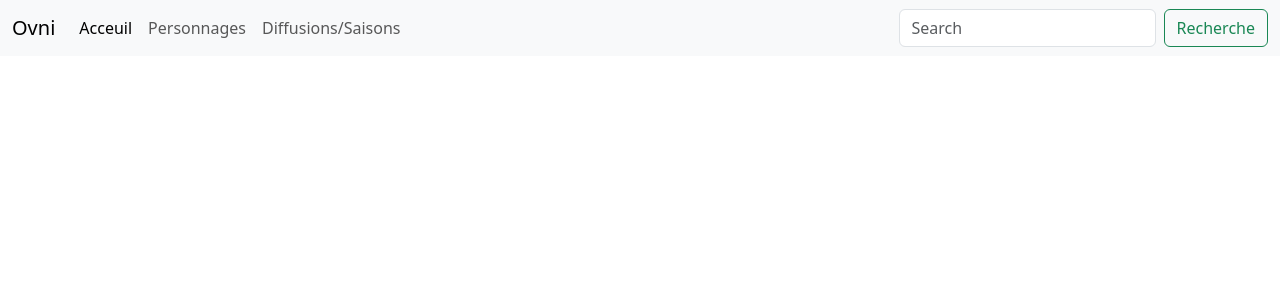
Repository: Timazoy/Site_ovni_tp
Page: index.html
These files come from the project's save history. The page is drawn as it stood at one moment and after the next save; the edit follows.
The browser window is 1280 px wide. The pictures show the whole page.

Above is the page before, as saved 2025-12-15 08:37:21.

### index.html
<!doctype html>
<html lang="fr">

<head>
    <meta charset="utf-8">
    <meta name="viewport" content="width=device-width, initial-scale=1">
    <title>Acceuil</title>
    <link href="https://cdn.jsdelivr.net/npm/bootstrap@5.3.8/dist/css/bootstrap.min.css" rel="stylesheet"
        integrity="sha384-sRIl4kxILFvY47J16cr9ZwB07vP4J8+LH7qKQnuqkuIAvNWLzeN8tE5YBujZqJLB" crossorigin="anonymous">
</head>

<body>


    <nav class="navbar navbar-expand-lg bg-body-tertiary">
        <div class="container-fluid">
            <a class="navbar-brand" href="./index.html">Ovni</a>
            <button class="navbar-toggler" type="button" data-bs-toggle="collapse"
                data-bs-target="#navbarSupportedContent" aria-controls="navbarSupportedContent" aria-expanded="false"
                aria-label="Toggle navigation">
                <span class="navbar-toggler-icon"></span>
            </button>
            <div class="collapse navbar-collapse" id="navbarSupportedContent">
                <ul class="navbar-nav me-auto mb-2 mb-lg-0">
                    <li class="nav-item">
                        <a class="nav-link active" aria-current="page" href="./index.html">Acceuil</a>
                    </li>
                    <li class="nav-item">
                        <a class="nav-link" href="./perso.html">Personnages</a>
                    </li>
                    <li class="nav-item">
                        <a class="nav-link" href="./saisons.html">Diffusions/Saisons</a>
                    </li>
                </ul>
                <form class="d-flex" role="search">
                    <input class="form-control me-2" type="search" placeholder="Search" aria-label="Search" />
                    <button class="btn btn-outline-success" type="submit">Recherche</button>
                </form>
            </div>
        </div>
    </nav>


    <script src="https://cdn.jsdelivr.net/npm/bootstrap@5.3.8/dist/js/bootstrap.bundle.min.js"
        integrity="sha384-FKyoEForCGlyvwx9Hj09JcYn3nv7wiPVlz7YYwJrWVcXK/BmnVDxM+D2scQbITxI"
        crossorigin="anonymous"></script>
</body>

</html>

After the next save:
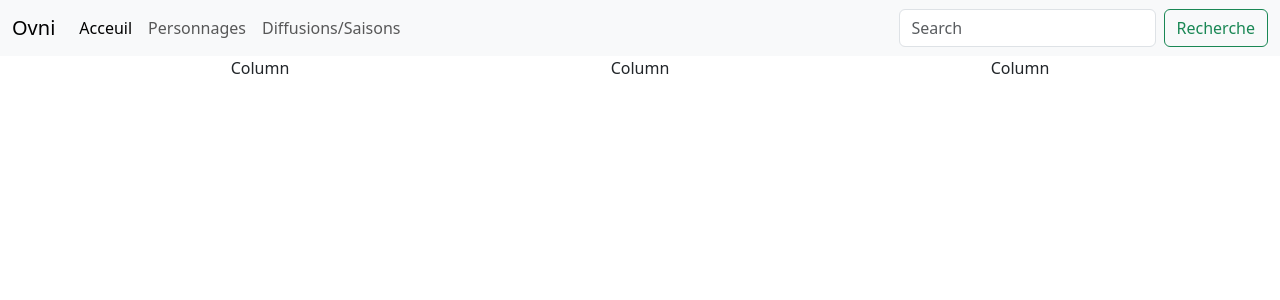
Saved 34 min 49 s later.
--- a/index.html
+++ b/index.html
@@ -41,6 +41,22 @@
     </nav>
 
 
+    <div class="container text-center">
+        <div class="row">
+            <div class="col">
+                Column
+            </div>
+            <div class="col">
+                Column
+            </div>
+            <div class="col">
+                Column
+            </div>
+        </div>
+    </div>
+
+
+
     <script src="https://cdn.jsdelivr.net/npm/bootstrap@5.3.8/dist/js/bootstrap.bundle.min.js"
         integrity="sha384-FKyoEForCGlyvwx9Hj09JcYn3nv7wiPVlz7YYwJrWVcXK/BmnVDxM+D2scQbITxI"
         crossorigin="anonymous"></script>
